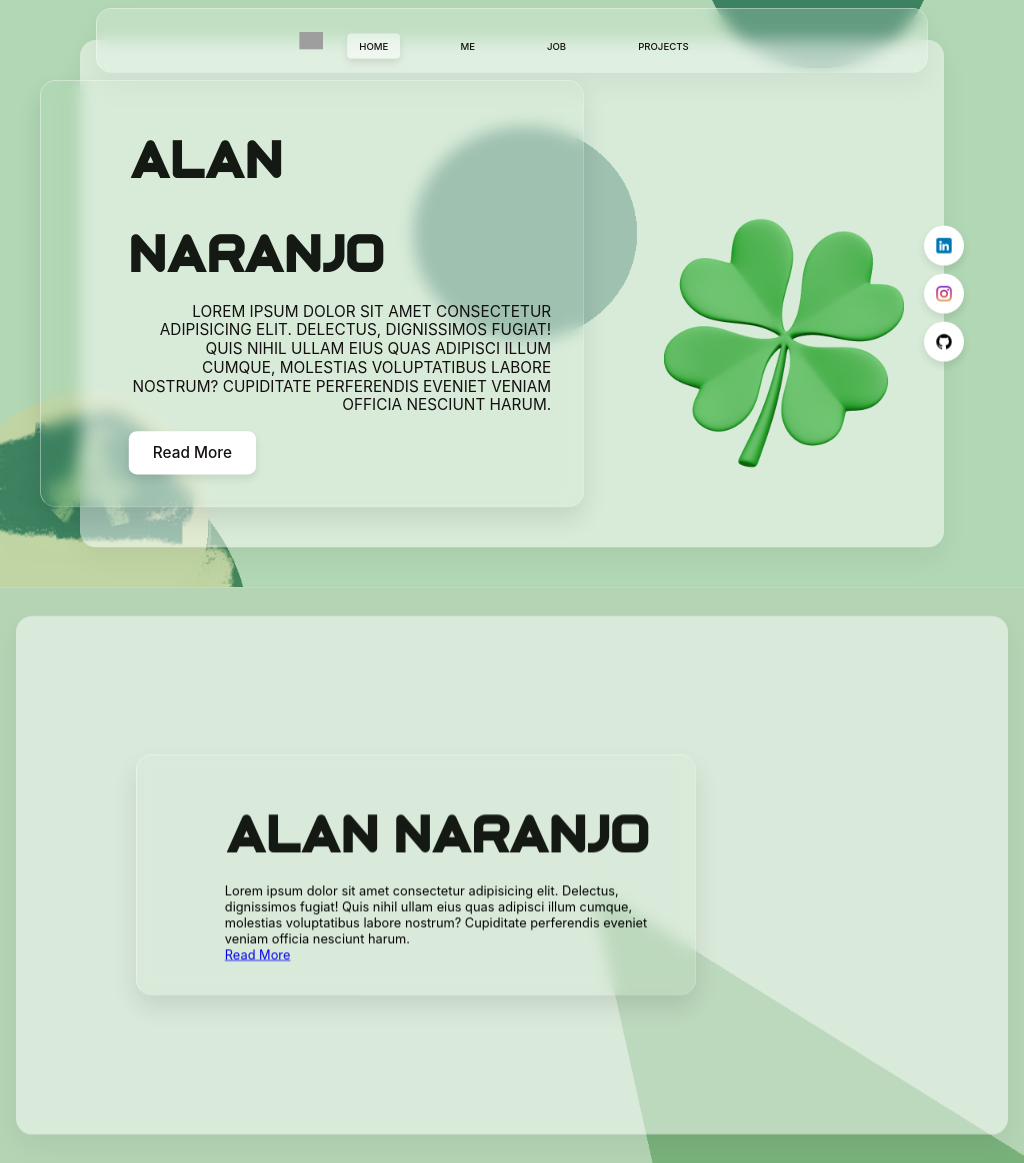
Repository: L-A-M-J-O/Me-sitio-Web
Page: / (app in my-project/)
The author's editor kept a copy of each file at every save. The page is drawn from the files as they stood at one save, then again after the next save.
The browser window is 1280 px wide. The pictures show the whole page, at 80% of full size.
Pictures or frames that could not be fetched are drawn as grey boxes. Backgrounds fixed to the window are drawn as part of the page. The project was rebuilt for these pictures with package versions that can differ from the ones it lists, and the page was loaded fresh each time.

Above is the page before, as saved 2022-09-20 16:06:38.

After the next save:
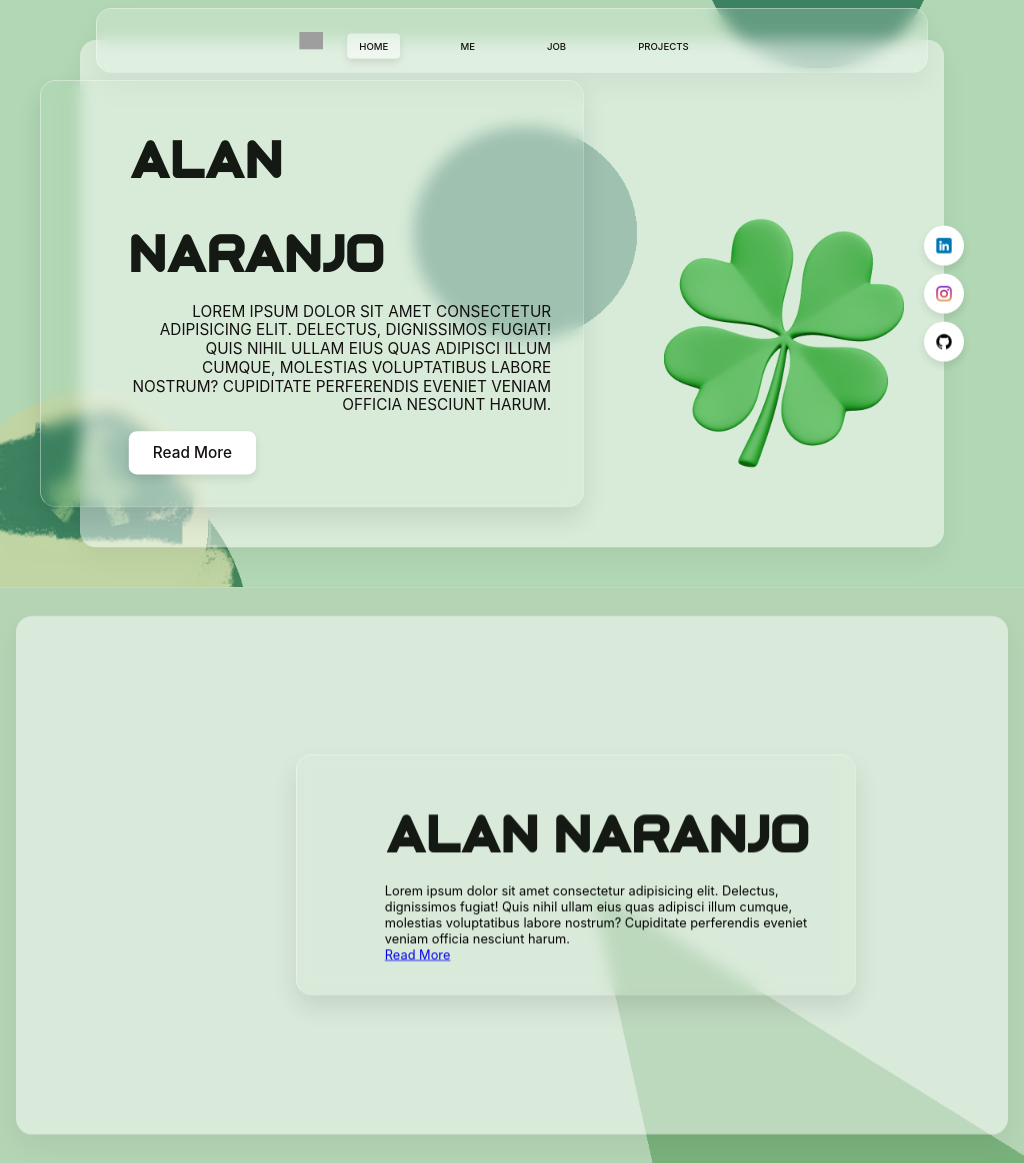
Saved 6 s later.
--- a/my-project/src/components/Me/Me.css
+++ b/my-project/src/components/Me/Me.css
@@ -22,7 +22,7 @@
 }
 
 .content-me {
-    transform: translateX(100px);
+    transform: translateX(300px);
     max-width: 700px;
     box-shadow:  0 15px 30px rgba(0, 0, 0, 0.1);
     border-radius: 20px;
